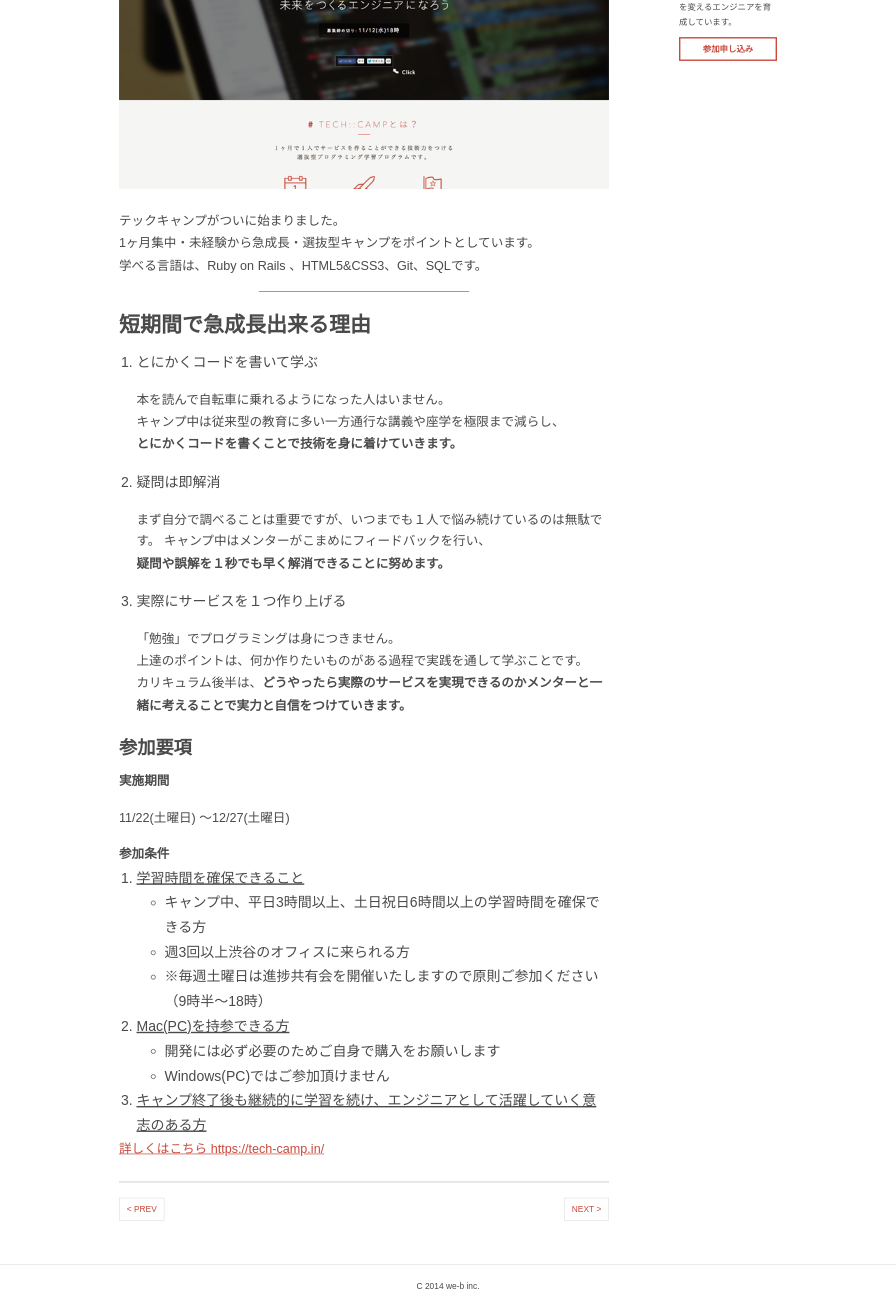
Repository: Kame0012/git_nekotter
Page: techcamp_htmlcss/techcamp_blog/index.html
The author's editor kept a record of every edit. The page is drawn from the files as they stood at one moment, then again after the next edit.
The browser window is 1280 px wide. The pictures show the part of the page from y = 800 to 2720 px (the page is 2668 px tall before and 2720 px after), at 70% of full size.

Above is the page before.

### techcamp_htmlcss/techcamp_blog/index.html
<!DOCTYPE HTML>
<html>
  <head>
    <meta charset="UTF-8">
    <title>テックキャンプ BLOG</title>
    <！--スタイルシートの読み込み-->
    <link rel="stylesheet" href="style.css">
  </head>

  <body>
    <header id="mainHeader">
      <！--画像挿入-->
      <h1><img src="images/logo.png" alt="テックキャンプ BLOG"></h1>
      <p>未経験からプロのエンジニアを目指すテックキャンプの公式ブログです。</p>
    </header>

    <div class="contents clearfix">
      <div class="left_content">
        <！--# 記事用のタグ-->
        <article>
          <header>
            <h2>テックキャンプ 始めました。</h2>
            <ul class="meta clearfix">
              <li>2014-10-03</li>
              <li>START</li>
              <li class="meta_last_child">Yukinari Mako</li>
            </ul>
          </header>
          <img src="images/blog_archive_image.png" alt="テックキャンプ ウェブサイト">
          <p>テックキャンプがついに始まりました。<br>1ヶ月集中・未経験から急成長・選抜型キャンプをポイントとしています。<br>
          学べる言語は、Ruby on Rails 、HTML5&CSS3、Git、SQLです。</p>
          <hr>
          <h3>短期間で急成長出来る理由</h3>
          <ol>
            <li>とにかくコードを書いて学ぶ
              <p>本を読んで自転車に乗れるようになった人はいません。<br>
                キャンプ中は従来型の教育に多い一方通行な講義や座学を極限まで減らし、<br>
                <span class="bold">とにかくコードを書くことで技術を身に着けていきます。</span>
              </p>
            </li>
            <li>疑問は即解消
              <p>まず自分で調べることは重要ですが、いつまでも１人で悩み続けているのは無駄です。
              キャンプ中はメンターがこまめにフィードバックを行い、<br>
              <span class="bold">疑問や誤解を１秒でも早く解消できることに努めます。</span>
              </p>
            </li>
            <li>実際にサービスを１つ作り上げる
              <p>「勉強」でプログラミングは身につきません。<br>
                  上達のポイントは、何か作りたいものがある過程で実践を通して学ぶことです。<br>
                  カリキュラム後半は、<span class="bold">どうやったら実際のサービスを実現できるのかメンターと一緒に考えることで実力と自信をつけていきます。</span>
              </p>
            </li>
          </ol>

        <h4>参加要項</h4>
        <h5>実施期間</h5>
        <p>11/22(土曜日) 〜12/27(土曜日)</p>
        <h5>参加条件</h5>

        <ol>
          <li><span class="underline">学習時間を確保できること</span>
            <ul>
              <li>キャンプ中、平日3時間以上、土日祝日6時間以上の学習時間を確保できる方</li>
              <li>週3回以上渋谷のオフィスに来られる方</li>
              <li>※毎週土曜日は進捗共有会を開催いたしますので原則ご参加ください（9時半〜18時）</li>
            </ul>
          </li>
          <li><span class="underline">Mac(PC)を持参できる方</span>
            <ul>
              <li>開発には必ず必要のためご自身で購入をお願いします</li>
              <li>Windows(PC)ではご参加頂けません</li>
            </ul>
          </li>
          <li><span class="underline">キャンプ終了後も継続的に学習を続け、エンジニアとして活躍していく意志のある方</span></li>
        </ol>

        <a href="http://tech-camp.in" class="underline">詳しくはこちら https://tech-camp.in/</a>

        </article>

        <ul class="pagenation clearfix">
          <li class="prev"><a href="#">< PREV</a></li>
          <li class="next"><a href="#">NEXT ></a></li>
        </ul>
      </div>

      <div class="right_content">
        <！--#補足情報のタグ-->
        <aside>
          <h2>テックキャンプとは</h2>
          <img src="images/tech-camp.png" alt="">
          <p>
            <strong>テックキャンプ概要</strong><br>
            テックキャンプでは未来を変えるエンジニアを育成しています。
            <a href="http://tech-camp.in">参加申し込み</a>
          </p>
        </aside>
      </div>
    </div>

    <footer id="mainFooter" class="clearfix">
      <p>C 2014 we-b inc.</p>
    </footer>

  </body>
</html>

### techcamp_htmlcss/techcamp_blog/style.css
body, html {
   height: 100%;
   background-color: white;
 }

 h1, h2, h3, h4, h5, h6, p, body {
   line-height: 1.77;
   font-size: 18px;
   color: #4a4a4a;
   font-family: sans-serif;
   margin: 0;
   padding: 0;
 }

 ol{
   margin: 0;
   padding-left: 25px;
 }

 .contents {
   width: 940px;
   /* 上下は余白なし。左右は均一 */
   margin: 0 auto;
 }

 .left_content {
   width: 700px;
   /* 並列に並べる。左寄せ */
   float: left;
   margin: 40px 0 0 0;
 }

 .right_content {
   width: 140px;
  　/* 並列に並べる。右寄せ */
   float: right;
 }

/* floatプロパティを使用した際に起こるレイアウトの崩れを修正するためのクラス　*/
 .clearfix:after {
   content: "";
   clear: both;
   display: block;
 }

 .bold {
   font-weight: bold;
 }

 .underline {
   text-decoration: underline;
 }


 #mainHeader {
   /* 背景画像など　*/
   background: url(images/bg_header.png) no-repeat center center;
   padding: 130px 0;
   text-align: center;
 }

 #mainHeader p {
   margin: 30px 0 0 0;
   color: #fff;
   font-family: serif;
 }

 a {
   text-decoration: none;
   color: #ca493c;
 }

 h1 {
   font-size: 45px;
 }

 h2 {
   font-size: 40px;
 }

 h3 {
   font-size: 33px;
 }

 h4 {
   font-size: 27px;
 }

.contents .left_content article {
   border-bottom: 1px solid #bebebe;
   padding-bottom: 30px;
 }

 .contents .left_content header {
   padding: 0 0 20px;
   border-bottom: 1px solid #e3e3e3;
   margin-bottom: 20px;
 }

 .contents .left_content h2 {
   padding-top: 20px;
 }

 .contents .left_content p {
   margin: 20px 0;
 }

 .contents .left_content {
   margin: 0;
   padding: 0;
   list-style: none;
 }

 .contents .left_content .meta li {
   padding: 0 10px;
   margin: 0;
   float: left;
   list-style: none;
   font-size: 14px;
   color: #4c4c4c;
   border-right: 1px solid #4c4c4c;
 }

 .contents .left_content li.meta_last_child {
   border-right: none;
 }

 .contents .left_content h3, .contents .left_content h4 {
   margin-bottom: 10px;
 }

 .contents .left_content h3 {
   font-size: 30px;
 }

 .contents .left_content h4 {
   font-size: 26px;
 }

 .contents .left_content hr {
   width: 300px;
   margin: 20px auto;
   border: 0;
   border-top: 1px solid #ca493c;
 }

 .contents .left_content ol {
   margin-top: 0px;
   font-size: 20px;
 }

 .contents .pagenation {
   padding: 10px 0;
   font-size: 12px;
 }

 .contents .pagenation li {
   border: 1px solid #e3e3e3;
   list-style: none;
 }

 .contents .pagenation li a {
   display: block;
   padding: 5px 10px;
 }

 .contents .pagenation li a:hover {
   background-color: #f7f7f6;
 }

 .contents .pagenation li.prev {
   float: left;
 }

 .contents .pagenation li.next {
   float: right;
 }

 .right_content {
   margin-top: 40px;
   width: 140px;
   float: right;
 }

 .right_content h2 {
   font-size: 14px;
   margin: 0 0 14px 0;
 }

 .right_content p {
   font-size: 12px;
 }

 .right_content p strong {
   color: #ca493c;
 }

 .right_content p a {
   border: 2px solid #ca493c;
   line-height: 30px;
   /* 中央寄せしたいインライン要素の親要素に入れる */
   text-align: center;
   display: block;
   font-weight: bold;
   margin-top: 10px;
 }

 #mainFooter {
   padding-top: 40px;
 }

 #mainFooter p {
   border-top: 1px solid #e3e3e3;
   text-align: center;
   padding: 20px 0;
   font-size: 12px;
 }
このカリキュラムの理解度を教えてください
ボタンを押していただくと次へ進めます

After the next edit:
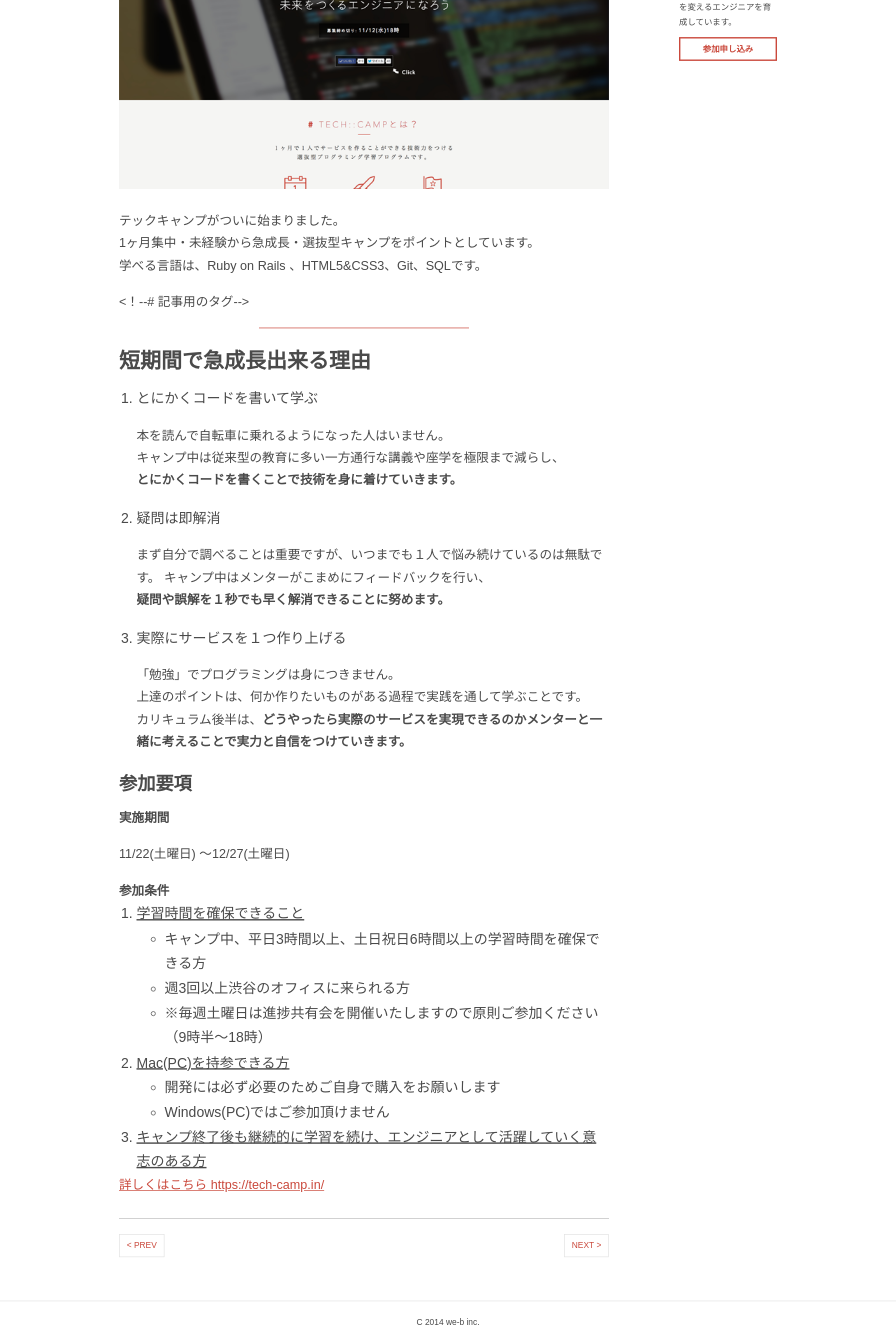
The edit:
--- a/techcamp_htmlcss/techcamp_blog/index.html
+++ b/techcamp_htmlcss/techcamp_blog/index.html
@@ -29,6 +29,7 @@
           <img src="images/blog_archive_image.png" alt="テックキャンプ ウェブサイト">
           <p>テックキャンプがついに始まりました。<br>1ヶ月集中・未経験から急成長・選抜型キャンプをポイントとしています。<br>
           学べる言語は、Ruby on Rails 、HTML5&CSS3、Git、SQLです。</p>
+          <！--# 記事用のタグ-->
           <hr>
           <h3>短期間で急成長出来る理由</h3>
           <ol>
